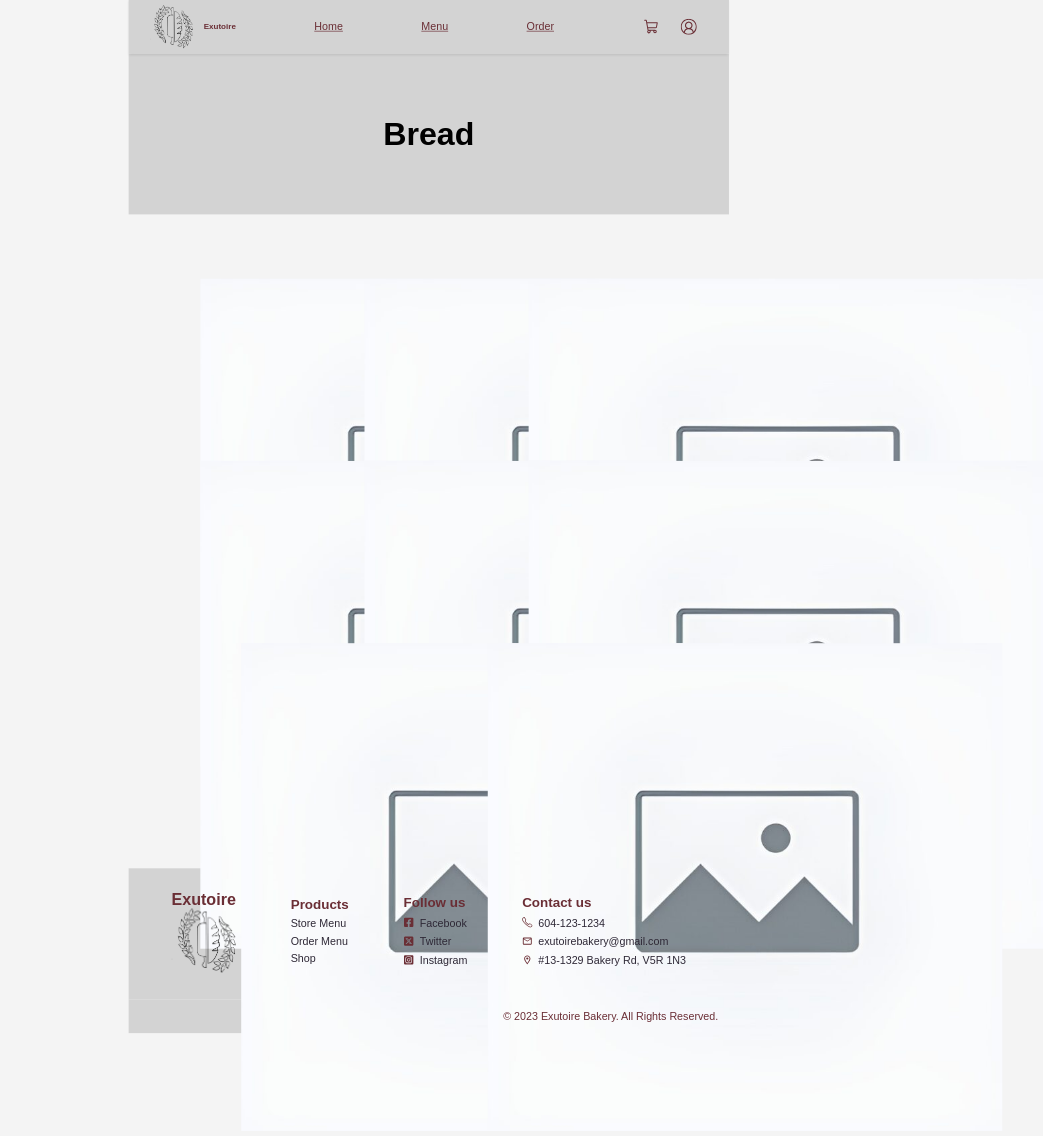
Repository: MelissaJacobi/COMP3170-final-proj
Page: /menu/bread
The author's editor kept a copy of each file at every save. The page is drawn from the files as they stood at one save, then again after the next save.
The browser window is 1280 px wide. The page is 1557 px wide, then 1280 px, so the pictures cover 1557 px, including what lies to the right of the window. The pictures show the whole page, at 67% of full size.
The project was rebuilt for these pictures with package versions that can differ from the ones it lists, and the page was loaded fresh each time. Also part of the build but not shown: vite.config.js, src/pages/Home.module.css, src/components/Carousel.module.css, src/components/Carousel.tsx, src/components/Vision.module.css, src/components/Vision.tsx, src/components/MenuGallery.module.css, src/components/MenuGallery.tsx and 3 more.

Above is the page before, as saved 2024-10-07 19:48:01.

### src/main.jsx
import { StrictMode } from 'react'
import { createRoot } from 'react-dom/client'
import App from './App.jsx'
import './index.css'

const rootElement = document.getElementById('root');
if (rootElement) {
  createRoot(rootElement).render(
    <StrictMode>
      <App />
    </StrictMode>
  );
}

### src/App.jsx
// src/App.jsx

import { BrowserRouter as Router, Routes, Route } from 'react-router-dom';
import styles from './App.module.css';
import Header from './components/Header';
import Footer from './components/Footer';
import Home from './pages/Home';
import Menu from './pages/menu';
import Bread from './pages/Bread'; // Import Bread component

function App() {
  return (
    <Router>
      <div className={styles.appContainer}>
        <Header />
        <Routes>
          <Route path="/" element={<Home />} />
          <Route path="/menu" element={<Menu />} />
          <Route path="/menu/bread" element={<Bread />} /> {/* New route */}
        </Routes>
        <Footer />
      </div>
    </Router>
  );
}

export default App;

### src/index.css
* {
  margin: 0;
  padding: 0;
  box-sizing: border-box;
}

body {
  font-family: Arial, sans-serif;
  line-height: 1.6;
  background-color: #f4f4f4;
}

:root {
  --primary-color: lightgrey;
  --secondary-color: lightblue;
  --accent-color: #6A2E35;
  --background-color: white;
  --text-color: #2E2836;
}

### src/App.module.css
.appContainer {
    width: 70%;
    height: 100%;
    margin: auto;
}

### src/components/Header.tsx
// Header.tsx
import { Link } from 'react-router-dom';
import styles from './Header.module.css';
import logo from "../assets/images/logo.png";
import { PiShoppingCart } from "react-icons/pi";
import { VscAccount } from "react-icons/vsc";

export default function Header() {
  return (
    <div className={styles.container}>
      <div>
        <img src={logo} alt="Logo" className={styles.logo} />
        <p className={styles.siteTitle}>Exutoire</p>
      </div>
      <Link to="/" className={styles.links}>Home</Link>
      <Link to="/Menu" className={styles.links}>Menu</Link>
      <Link to="/order" className={styles.links}>Order</Link>
      <div>
        <PiShoppingCart className={styles.icon} />
        <VscAccount className={styles.icon} />
      </div>
    </div>
  );
}

### src/components/Footer.tsx
import logo from "../assets/images/logo.png"
import styles from "./Footer.module.css"
import { FaFacebookSquare } from "react-icons/fa";
import { FaSquareXTwitter } from "react-icons/fa6";
import { FaInstagramSquare } from "react-icons/fa";
import { SlPhone } from "react-icons/sl";
import { MdOutlineMailOutline } from "react-icons/md";
import { MdOutlineLocationOn } from "react-icons/md";

export default function Footer() {

  return (
    <>
      <div className={styles.container}>
        <div>
            <p className={styles.siteTitle}>Exutoire</p>
            <img src={logo} alt="Logo" className={styles.logo}/>
        </div>
        <ul>
          <p>Products</p>
          <li>Store Menu</li>
          <li>Order Menu</li>
          <li>Shop</li>
        </ul>
        <ul>
          <p>Follow us</p>
          <li><FaFacebookSquare className={styles.socialIcon}/>Facebook</li>
          <li><FaSquareXTwitter className={styles.socialIcon}/>Twitter</li>
          <li><FaInstagramSquare className={styles.socialIcon}/>Instagram</li>
        </ul>
        <ul>
          <p>Contact us</p>
          <li><SlPhone  className={styles.socialIcon}/>604-123-1234</li>
          <li><MdOutlineMailOutline className={styles.socialIcon}/>exutoirebakery@gmail.com</li>
          <li><MdOutlineLocationOn className={styles.socialIcon}/>#13-1329 Bakery Rd, V5R 1N3</li>
        </ul>
      </div>
      <p className={styles.copywrite}>© 2023 Exutoire Bakery.  All Rights Reserved.</p>
    </>
  )
}

### src/pages/Bread.jsx
import Product from "../components/product";
import styles from "./Bread.module.css"

export default function Bread() {
    return (
      <div className={styles.container}>
        <div className={styles.banner}>
            <h1>Bread</h1>
        </div>
        <div className={styles.products}>
            <Product />
            <Product />
            <Product />
            <Product />
            <Product />
            <Product />
            <Product />
            <Product />
        </div>

      </div>
    );
  }

### src/components/Header.module.css
.container {
    background-color: var(--primary-color);
    width: 100%;
    height: 5rem;
    display: flex;
    align-items: center;
    justify-content: space-between;
    padding: 2rem;
    position: sticky;
    top: 0;
    z-index: 1000;
    box-shadow: 0 2px 4px rgba(0, 0, 0, 0.1);
}

.logo {
    height: 4rem;
    width: 4rem;
}

.siteTitle {
    font-size: 12px;
    font-style: normal;
    font-weight: 700;
    line-height: normal;
    margin-left: 1rem;
    color: var(--accent-color)
}

.container div {
    display: flex;
    align-items: center;
}

.links {
    font-size: 16px;
    font-style: normal;
    font-weight: 400;
    line-height: normal;
    color: var(--accent-color)
}

.icon {
    height: 1.5rem;
    width: 1.5rem;
    margin: 1rem;
    color: var(--accent-color)
}

### src/components/Footer.module.css
.container {
    background-color: var(--primary-color);
    height: 100%;
    width: 100%;
    display: flex;
    align-items: center;
    justify-content: space-between;
    padding: 2rem 4rem;
}

.container div{
    text-align: center;
}

.logo {
    width: 6rem;
    height: 6rem;
}

.siteTitle {
    font-size: 24px;
    font-style: normal;
    font-weight: 700;
    line-height: normal;
    color: var(--accent-color)
}

.container ul p {
    color: var(--accent-color);
    font-size: 20px;
    font-style: normal;
    font-weight: 700;
    line-height: normal;
}

.container ul li {
    font-size: 16px;
    font-style: normal;
    font-weight: 400;
    line-height: normal;
    margin: 0.5rem 0rem;
    padding: 0;
    list-style-type: none;
    color: var(--text-color)
}

.socialIcon {
    transform: translateY(0.1rem);
    color: var(--accent-color);
    margin-right: 0.5rem;
}

.copywrite {
    width: 100%;
    text-align: right;
    padding: 1rem;
    font-size: 16px;
    font-style: normal;
    font-weight: 400;
    line-height: normal;
    color: var(--accent-color);
    background-color: var(--primary-color);
}

### src/components/product.jsx
import styles from './Product.module.css';
import placeholder from "../assets/images/placeholder.jpg";

export default function Product() {
  return (
   <div className={styles.container}>
        <img src={placeholder} className={styles.productImg} />
   </div>
);
}

### src/pages/Bread.module.css
.container {
    width: 100%;
}

.banner {
    width: 100%;
    height: 15rem;
    display: flex;
    justify-content: center;
    align-items: center;
    background-color: var(--primary-color);
}

.container h1 {
    font-size: 48px;
    font-style: normal;
    font-weight: 700;
    line-height: normal;
}

.products {
    width: 100%;
    display: flex;
    flex-wrap: wrap;
    justify-content: space-around;
    padding: 5rem;
}

### src/components/Product.module.css
.container {
    height: 15rem;
    width: 12rem;
    background-color: var(--primary-color);
    margin: 1rem;
}

Loaded but not shown: index.html (common file)

After the next save:
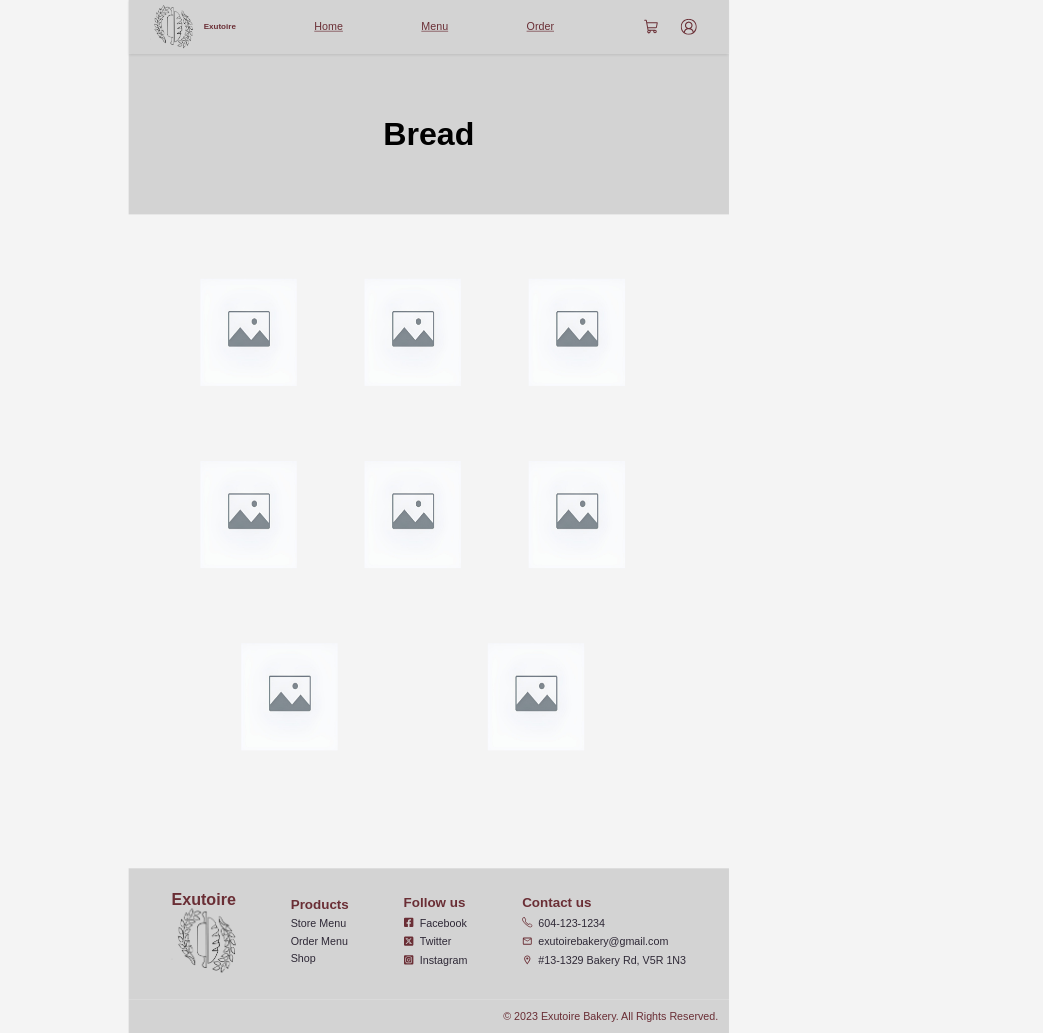
Saved 40 s later.
--- a/src/components/Product.module.css
+++ b/src/components/Product.module.css
@@ -1,6 +1,10 @@
 .container {
     height: 15rem;
     width: 12rem;
-    background-color: var(--primary-color);
     margin: 1rem;
 }
+
+.productImg {
+    height: 10rem;
+    width: 9rem
+}
